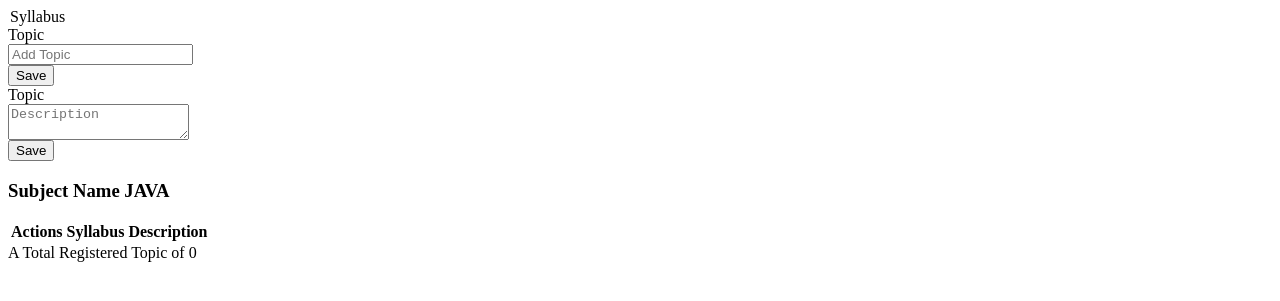
Repository: glorybarcelita/project-ica
Page: workspace/resources/views/subjects/syllabus.blade.php
The author's editor kept a record of every edit. The page is drawn from the files as they stood at one moment, then again after the next edit.
The browser window is 1280 px wide. The pictures show the whole page.
The page is served by the project's Laravel application, run on PHP 8.4 with Laravel 8. Other server files are loaded and not shown. The template is opened directly, without the code that normally fills it, so the values that code supplies are empty.

Above is the page before.

### routes/web.php
<?php

/*
|--------------------------------------------------------------------------
| Web Routes
|--------------------------------------------------------------------------
|
| Here is where you can register web routes for your application. These
| routes are loaded by the RouteServiceProvider within a group which
| contains the "web" middleware group. Now create something great!
|
*/

Route::get('/', function () {
    return view('welcome');
});

Auth::routes();
Route::get('/home', 'HomeController@index')->name('home');

Route::resource('users','UserController')->except(['delete','show1'])->middleware('auth');
Route::resource('courses','CourseController')->middleware('auth');
Route::resource('subjects','SubjectController')->middleware('auth');
Route::resource('syllabus','SyllabusController')->middleware('auth');



Route::get('users/request','PendingRequestController@index');


Route::resource('topic','TopicController');

Route::get('syllabus/create/{id}','SyllabusController@create');
Route::get('subjects/{id}','subjects@show');

Route::post('syllabus/store', 'SyllabusController@store');

Route::get('syllabus/edit/{syllabus_id}/{subject_id}', 'TopicController@edit');

Route::post('syllabus/update', 'TopicController@updateSyllabus');
Route::post('syllabus/destroy', 'TopicController@destroy');

Route::get('sujects/assign-lecturer/{subject_id}', 'LearningResourcesConroller@showAssign');
Route::post('subjects/assign-lecturer', 'LearningResourcesConroller@update');

Route::get('learning-resources/subject/{subject_id}', 'LearningResourcesConroller@showSubjectTopic');
Route::get('learning-resources/subject/create/{id}','LearningResourcesConroller@create');
Route::get('learning-resources/subject/update/{id}','LearningResourcesConroller@updateShow');
Route::post('learning-resources/subject/create','SubjectTopicController@store');
Route::get('learning-resources/subject/details/{subject_id}/{syllabus_id}/{topic_id}','SubjectTopicController@showSubjectTopicDetails');
Route::get('learning-resources', 'LearningResourcesConroller@index');

// Route::get('ica-subjects', 'SubjectController@showICA')

Route::resource('learningresources','LearningResourcesConroller');
Route::resource('subjecttopic','SubjectTopicController');
Route::resource('dashboard','DashboardController');



Route::get('exams/{subject_id}', 'ExamController@index')->middleware('auth');
Route::get('exams/addquestion/{subject_id}', 'ExamController@create');
Route::post('exams/store', 'ExamController@store');
Route::get('exams/updatequestion/{subject_id}/{exam_id}', 'ExamController@update');
Route::post('exams/update', 'ExamController@updateExam');
Route::post('exams/delete', 'ExamController@delete');
Route::post('exams/put-answer', 'ExamController@putAnswer');


Route::get('quiz/{subject_id}/{syllabus_id}', 'QuizController@index');
Route::get('quiz/add-question/{subject_id}/{syllabus_id}', 'QuizController@create');
Route::post('quiz/store', 'QuizController@store');
Route::get('quiz/update-question/{subject_id}/{syllabus_id}/{question_id}', 'QuizController@update');
Route::post('quiz/updateQuiz', 'QuizController@updateQuiz');
Route::post('quiz/delete', 'QuizController@delete');
Route::post('quiz/put-answer', 'QuizController@putAnswer');

Route::post('subject/delete', 'SubjectController@delete');

Route::get('reports/user', 'ReportsController@userReport');
Route::get('reports/subject', 'ReportsController@subjectReport');
Route::get('reports/course', 'ReportsController@courseReport');
Route::get('reports/learningresources', 'ReportsController@learningresourcesReport');
Route::get('reports/learningresources/{subject_id}', 'ReportsController@learningresourcesReportSyllabus');
Route::get('reports/learningresources/{subject_id}/{syllabus_id}', 'ReportsController@learningresourcesReportTopic');
Route::get('reports/quiz', 'ReportsController@quizReport');
Route::get('reports/quiz/stats', 'ReportsController@quizStatsReport');


Route::get('logout', function(){
  Auth::logout();
  return redirect('/');
});

### resources/views/subjects/syllabus.blade.php
<legend>Syllabus</legend>
<div class="form-group">
    <label for="" class="col-sm-2 col-form-label">Topic</label>
    <div class="col-sm-10">
        <input type="text" name="topic" placeholder="Add Topic"/>
    </div>
    <button class="btn btn-primary">Save</button>
</div>

<div class="form-group">
    <label for="" class="col-sm-2 col-form-label">Topic</label>
    <div class="col-sm-10">
        <textarea class="form-control" name="description" placeholder="Description">{{ old('description') }}</textarea>
   </div>
    <button class="btn btn-primary">Save</button>
</div>

<!--TABLE FOR Syllabus-->
<div class="container mt-4">
    <div class="card card-info">
        <div class="card-header">
            <h3>Subject Name JAVA</h3>
        </div>
        <div class="card-body">
            <table class="table table-bordered" id="myTable">
                <thead>
                    <th>Actions</th>
                    <th>Syllabus</th>
                    <th>Description</th>


                </thead>
                <tbody>
                   @foreach($topics as $topic)
                    <tr>
                        <td>
                            <!--pagkaedit sa add syllabus form nlng ilalabas ung data,dun na ieedit-->
                            <a href="" class="btn btn-sm btn-info text-light">Edit</a>
                            <a href="" class="btn btn-sm btn-info text-light">Delete</a>
                        </td>
                        <td>{{ $topic->$name}}</td>
                        <td>{{ $topic->$description}}</td>
                    </tr>
                    @endforeach
                </tbody>
            </table>
        </div>
        <div class="card-footer">
           A Total Registered Topic of {{ $courses->count() }}
        </div>
        </div>
    </div>
</div>




@push('scripts')
<script src="https://cdn.datatables.net/1.10.16/js/jquery.dataTables.min.js"></script>
<script src="https://cdn.datatables.net/1.10.16/js/dataTables.bootstrap4.min.js"></script>
<script>
    $('#myTable').DataTable();
</script>
@endpush

Loaded but not shown: app/Http/Controllers/Auth/LoginController.php (common file); app/Http/Controllers/Controller.php (common file)

After the next edit:
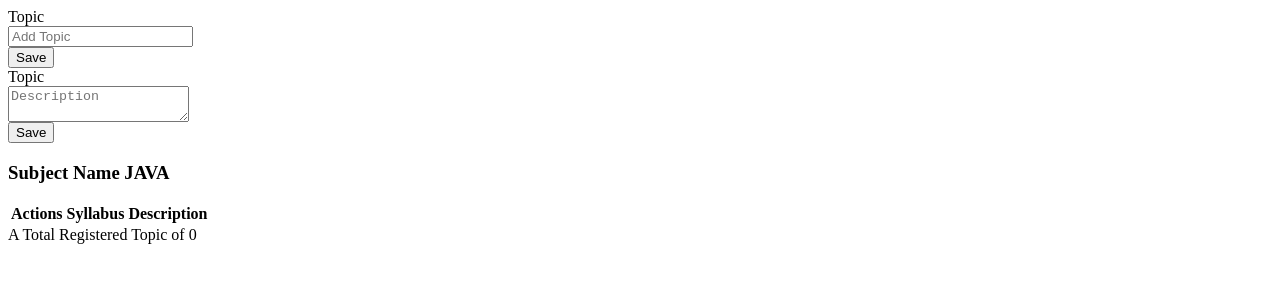
The edit:
--- a/resources/views/subjects/syllabus.blade.php
+++ b/resources/views/subjects/syllabus.blade.php
@@ -1,4 +1,4 @@
-<legend>Syllabus</legend>
+
 <div class="form-group">
     <label for="" class="col-sm-2 col-form-label">Topic</label>
     <div class="col-sm-10">
